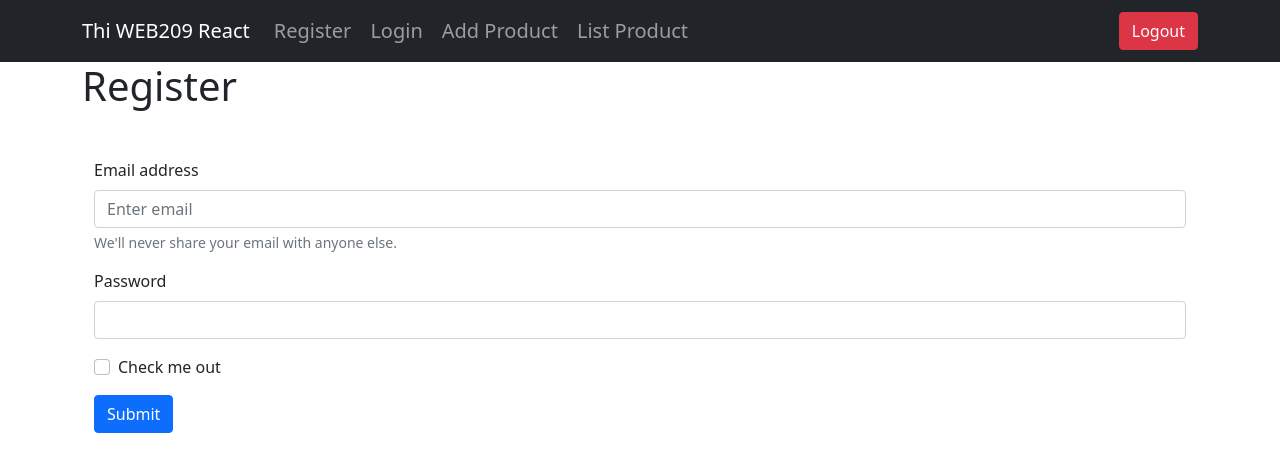
Repository: Lemon-ooo/PersonalTaskManager
Page: /register
An editor plug-in stored every save of this project. The page is shown before and after the next save, followed by the edit.
The browser window is 1280 px wide. The pictures show the whole page.
The project was rebuilt for these pictures with package versions that can differ from the ones it lists, and the page was loaded fresh each time. Also part of the build but not shown: vite.config.ts, src/page/TaskList.tsx, src/page/Login.tsx, src/page/TaskAdd.tsx, src/page/TaskEdit.tsx.

Above is the page before, as saved 2025-07-26 18:49:13.

After the next save:
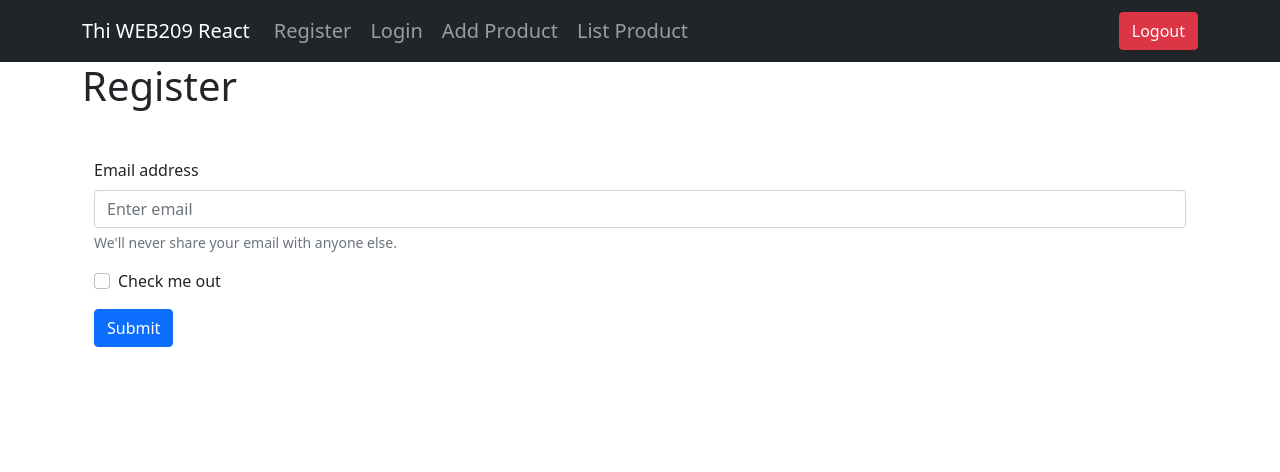
Saved 3 min 47 s later.
--- a/src/components/AuthForm.tsx
+++ b/src/components/AuthForm.tsx
@@ -26,17 +26,6 @@ export default function AuthForm({ onSubmit }: Props) {
           We'll never share your email with anyone else.
         </div>
       </div>
-      <div className="mb-3">
-        <label htmlFor="exampleInputPassword1" className="form-label">
-          Password
-        </label>
-        <input
-          type="password"
-          className="form-control"
-          id="exampleInputPassword1"
-          {...register("password", { required: true })}
-        />
-      </div>
       <div className="mb-3 form-check">
         <input
           type="checkbox"
